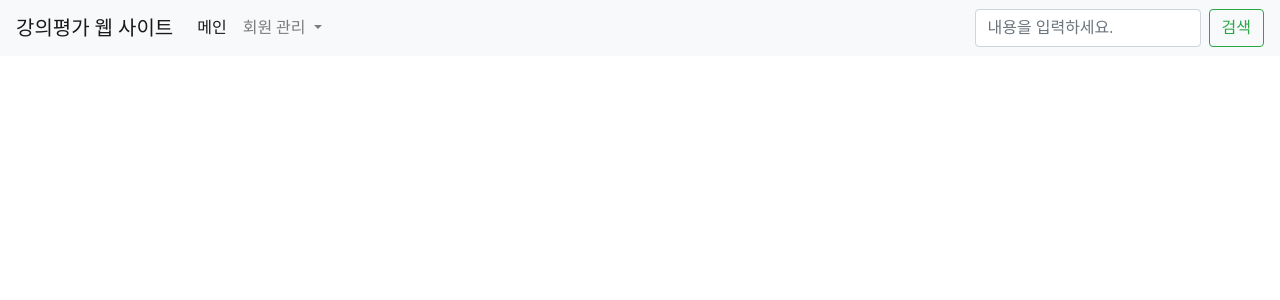
Repository: cldud5221/thdcldud
Page: http://localhost/info/
These files come from the project's save history. The page is drawn as it stood at one moment and after the next save; the edit follows.
The browser window is 1280 px wide. The pictures show the whole page.
Some web fonts or font styles are not loaded; a fallback is used. The page is served by Tomcat 9. Other server files are loaded and not shown.

Above is the page before, as saved 2019-07-09 07:05:21.

### info/WebContent/index.jsp
<%@ page language="java" contentType="text/html; charset=UTF-8" pageEncoding="UTF-8"%>
<!DOCTYPE html>
<html>
<head>
	<meta http-equiv="Content-Type" content="text/html; charset=UTF-8">
	<meta name="viewport" content="width=device-width, initial-scale=1, shrink-to-fit=no">
	<title> 강의 평가 웹 사이트   </title>
	<!-- 부트스트랩 CSS 추가하기 -->
	<link rel="stylesheet" href="./css/bootstrap.min.css">
	<!-- 커스텀 CSS 추가하기 -->
	<link rel="stylesheet" href="./css/custom.css">
</head>
<body>
	<nav class="navbar navbar-expand-lg navbar-light bg-light">
		<a class="navbar-brand" href="index.jsp"> 강의평가 웹 사이트</a>
		<button class="navbar-toggler" type="button" data-toggle="collapse" data-target="#navbar">
			<span class="navbar-toggler-icon"></span>
		</button>
		<div id="navbar" class="collapse navbar-collapse">
			<ul class="navbar-nav mr-auto">
				<li class="nav-item active">
					<a class="nav-link" href="index.jsp">메인</a>
				</li>
				<li class="nav-item dropdown">
					<a class="nav-link dropdown-toggle" id="dropdown" data-toggle="dropdown">
						회원 관리
					</a>
					<div class="dropdown-menu" aria-labelledby="dropdown">
						<a class="dropdown-item" href="#">로그인</a>
						<a class="dropdown-item" href="#">회원가입</a>
						<a class="dropdown-item" href="#">로그아웃</a>
					</div>
				</li>
			</ul>
			<form class="form-inline my-2 my-lg-0">
				<input class="form-control mr-sm-2" type="search" placeholder="내용을 입력하세요." aria-label="Search">
				<button class="btn btn-outline-success my-2 my-sm-0" type="submit">검색</button>
			</form>
		</div>
	</nav>
	<!-- 제이쿼리 자바스크립트 추가하기 -->
	<script src="./js/jquery.min.js"></script>
	<!-- 파퍼 자바스크립트 추가하기 -->
	<script src="./js/pooper.js"></script>
	<!-- 부트스트랩 자바스크립트 추가하기 -->
	<script src="./js/bootstrap.min.js"></script>
</body>
</html>

### info/WebContent/css/custom.css
@import url(https://fonts.googleapis.com/earlyaccess/jejugothic.css);
@import url(https://fonts.googleapis.com/earlyaccess/nanumgothic.css);
.navbar-brand, h1, h2, h3, h4 {
	font-family: 'Jeju Gothic';
}
h5 {
	font-family: 'Jeju Gothic';
	font-size: 18px;
}
body {
	font-family: 'Nanum Gothic';
}

Loaded but not shown: info/WebContent/css/bootstrap.min.css (library); info/WebContent/js/jquery.min.js (library); info/WebContent/js/pooper.js (library); info/WebContent/js/bootstrap.min.js (library)

After the next save:
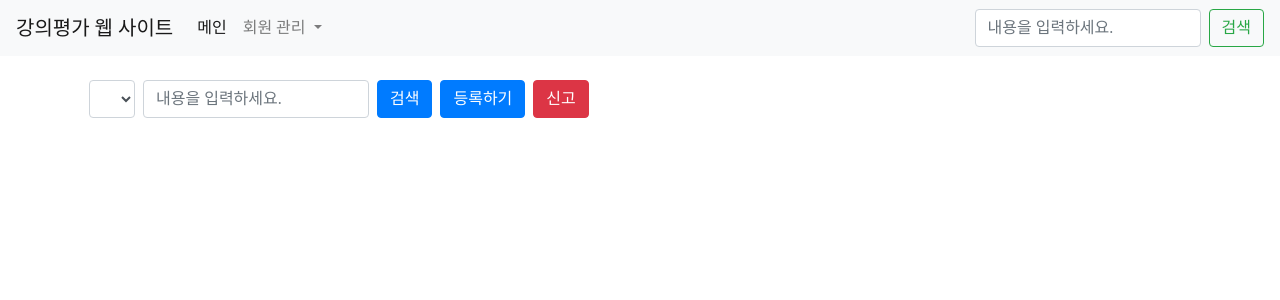
Saved 19 min 4 s later.
--- a/info/WebContent/index.jsp
+++ b/info/WebContent/index.jsp
@@ -38,6 +38,20 @@
 			</form>
 		</div>
 	</nav>
+	<section class="container">
+		<form method="get" action="./index.jsp" class="form-inline mt-3">
+			<select name="lectureDivide" class="form-control mx-1 mt-2">
+				<option value="전체"></option>
+				<option value="보안"></option>
+				<option value="자바"></option>
+				<option value="웹 개발"></option>
+			</select>
+			<input type="text" name="search" class="form-control mx-1 mt-2" placeholder="내용을 입력하세요.">
+			<button type="submit" class="btn btn-primary mx-1 mt-2">검색</button>
+			<a class="btn btn-primary mx-1 mt-2" data-toggle="modal" href="#registerModal">등록하기</a>
+			<a class="btn btn-danger mx-1 mt-2" data-toggle="modal" href="#registerModal">신고</a>
+		</form>
+	</section>
 	<!-- 제이쿼리 자바스크립트 추가하기 -->
 	<script src="./js/jquery.min.js"></script>
 	<!-- 파퍼 자바스크립트 추가하기 -->
